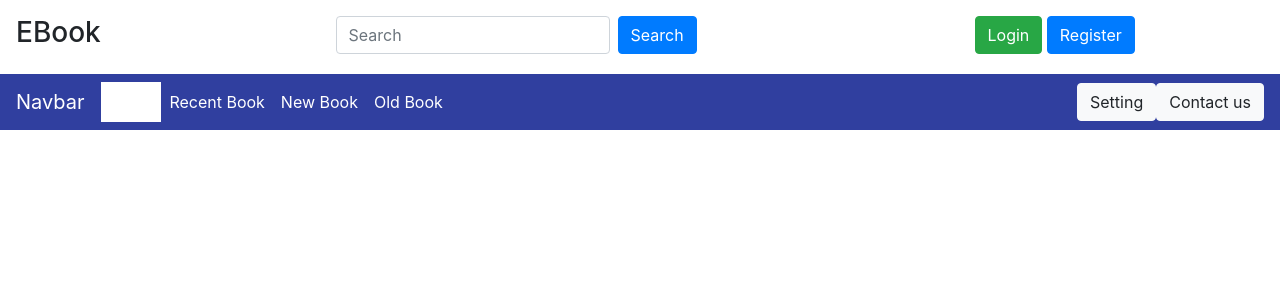
Repository: DaoThanhLam/eProjectKy4
Page: http://localhost/bookma_pro/
The author's editor kept a copy of each file at every save. The page is drawn from the files as they stood at one save, then again after the next save.
The browser window is 1280 px wide. The pictures show the whole page.
The pointer rests on the first visible `.navbar .nav-item`.
Some web libraries are served in a nearby version. The page is served by Tomcat 9.

Above is the page before, as saved 2024-11-13 15:14:29.

After the next save:
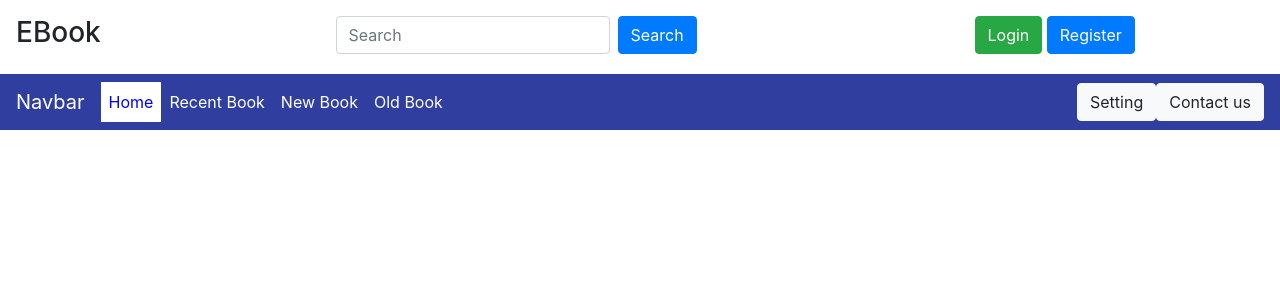
Saved 53 s later.
--- a/bookma_pro/src/main/webapp/components/style.css
+++ b/bookma_pro/src/main/webapp/components/style.css
@@ -1,6 +1,7 @@
 .bg-custom{
 	background-color: #303f9f;
 }
-.navbar .nav-item:hover {
+.navbar .nav-item:hover .nav-link{
 	background-color: white;
+	color: blue;
 }
